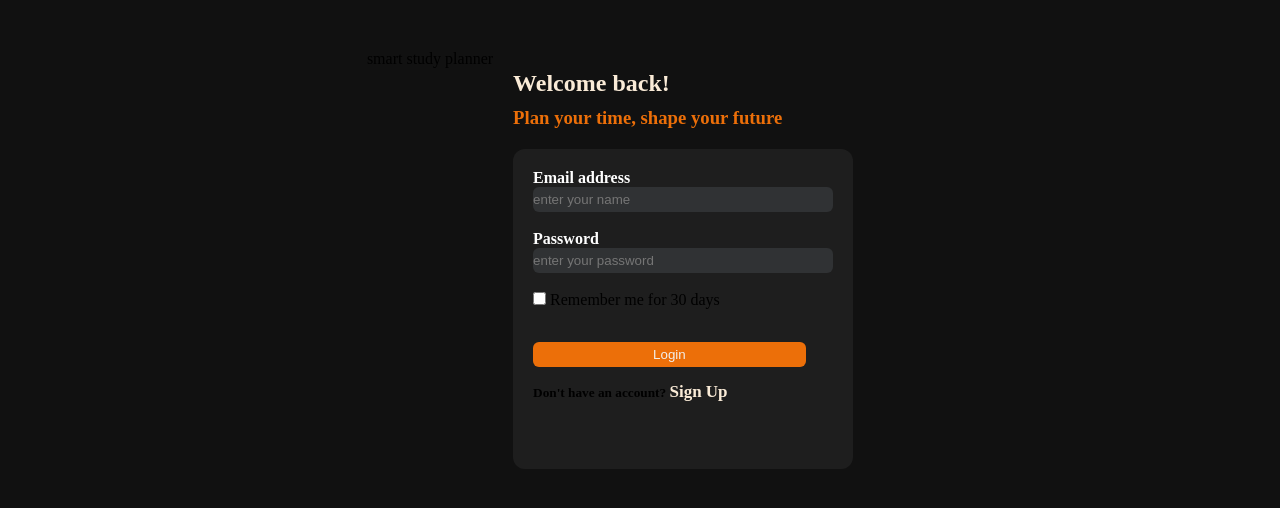
Repository: HaifaBaderBinDuhaim/web
Page: Frontend/logIn.html
The author's editor kept a copy of each file at every save. The page is drawn from the files as they stood at one save, then again after the next save.
The browser window is 1280 px wide. The pictures show the whole page.

Above is the page before, as saved 2026-04-06 23:45:43.

After the next save:
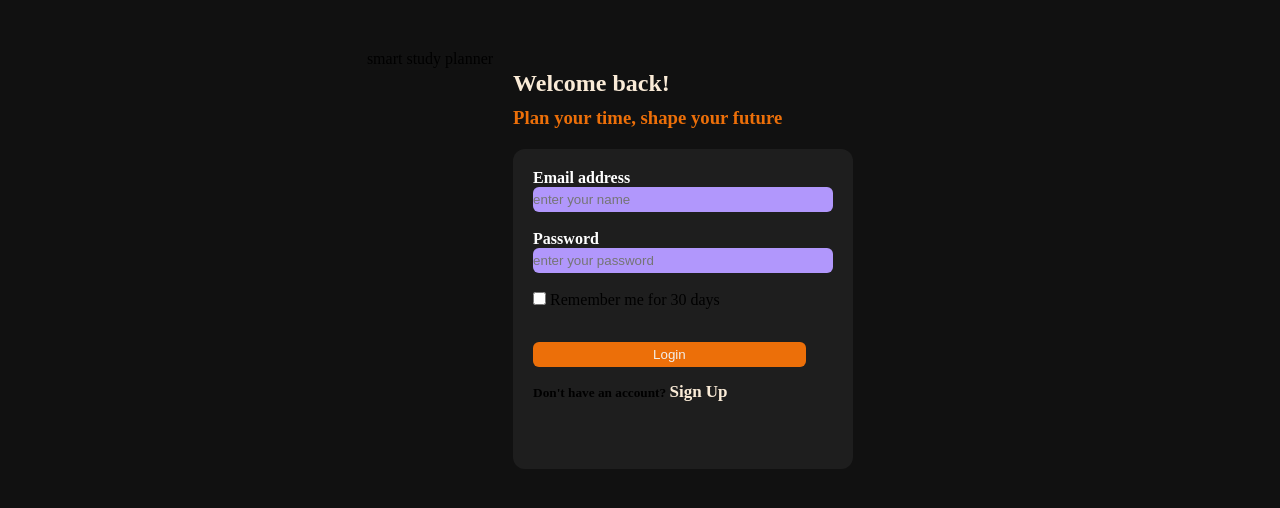
Saved 2 h 24 min later.
--- a/Frontend/styleLogin.css
+++ b/Frontend/styleLogin.css
@@ -32,7 +32,7 @@
   text-decoration: double;
 }
 .whiteButton {
-  background-color: #303234;
+  background-color: #b197fc;
   width: 300px;
   border-radius: 6px;
   border: none;

After the save that followed:
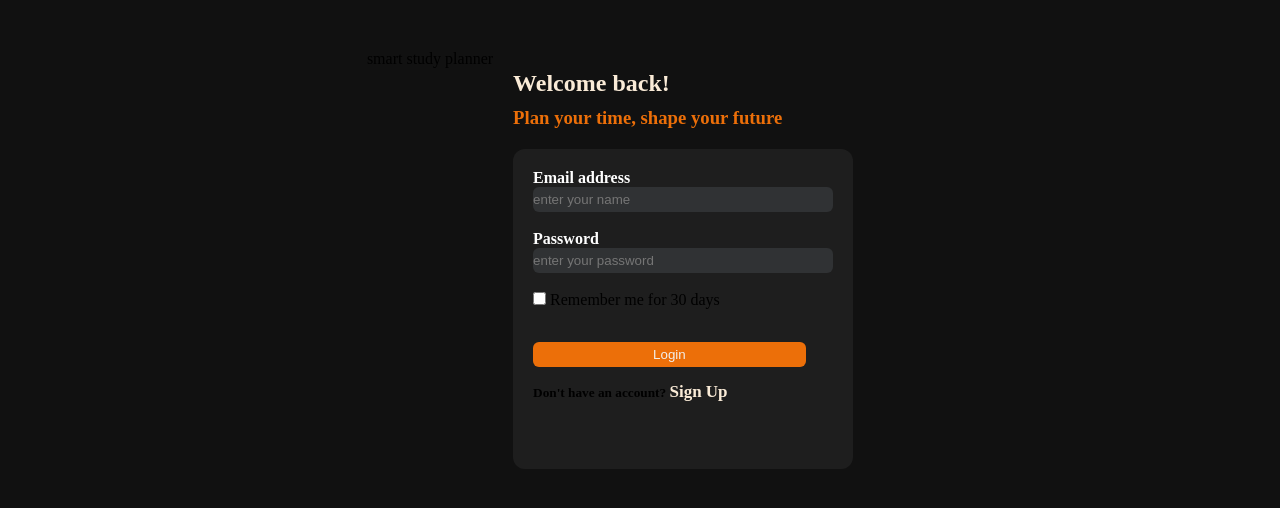
Saved 22 s later.
--- a/Frontend/styleLogin.css
+++ b/Frontend/styleLogin.css
@@ -32,7 +32,7 @@
   text-decoration: double;
 }
 .whiteButton {
-  background-color: #b197fc;
+  background-color: #303234;
   width: 300px;
   border-radius: 6px;
   border: none;
